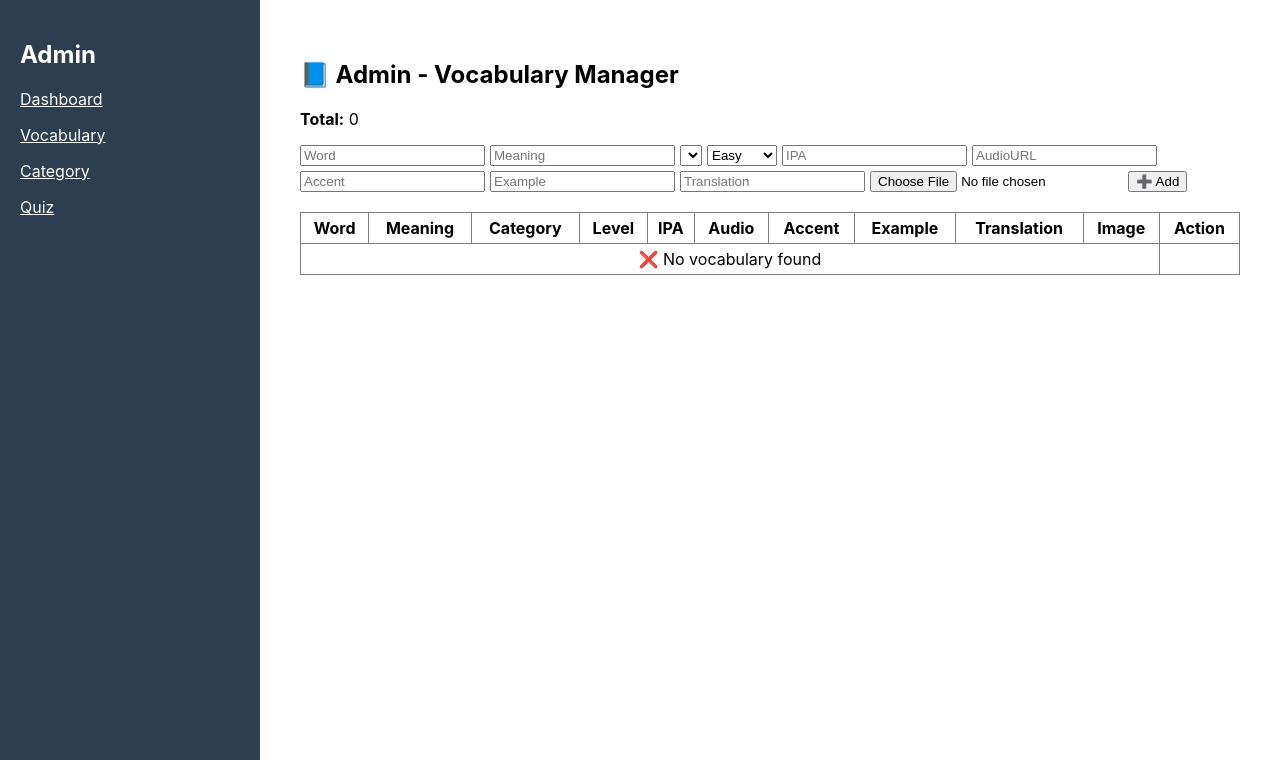
Repository: Vu-Tien-Duc/LearnEnglish-with-API
Page: /admin/vocabulary
The author's editor kept a copy of each file at every save. The page is drawn from the files as they stood at one save, then again after the next save.
The browser window is 1280 px wide. The pictures show the whole page.
The page's requests for data from a server got no answer. The project was rebuilt for these pictures with package versions that can differ from the ones it lists, and the page was loaded fresh each time. No one was signed in, and anything a server would have sent is missing. Also part of the build but not shown: src/pages/Login.jsx, src/pages/admin/CategoryManager.jsx, src/pages/admin/Dashboard.jsx.

Above is the page before, as saved 2026-03-22 18:44:02.

After the next save:
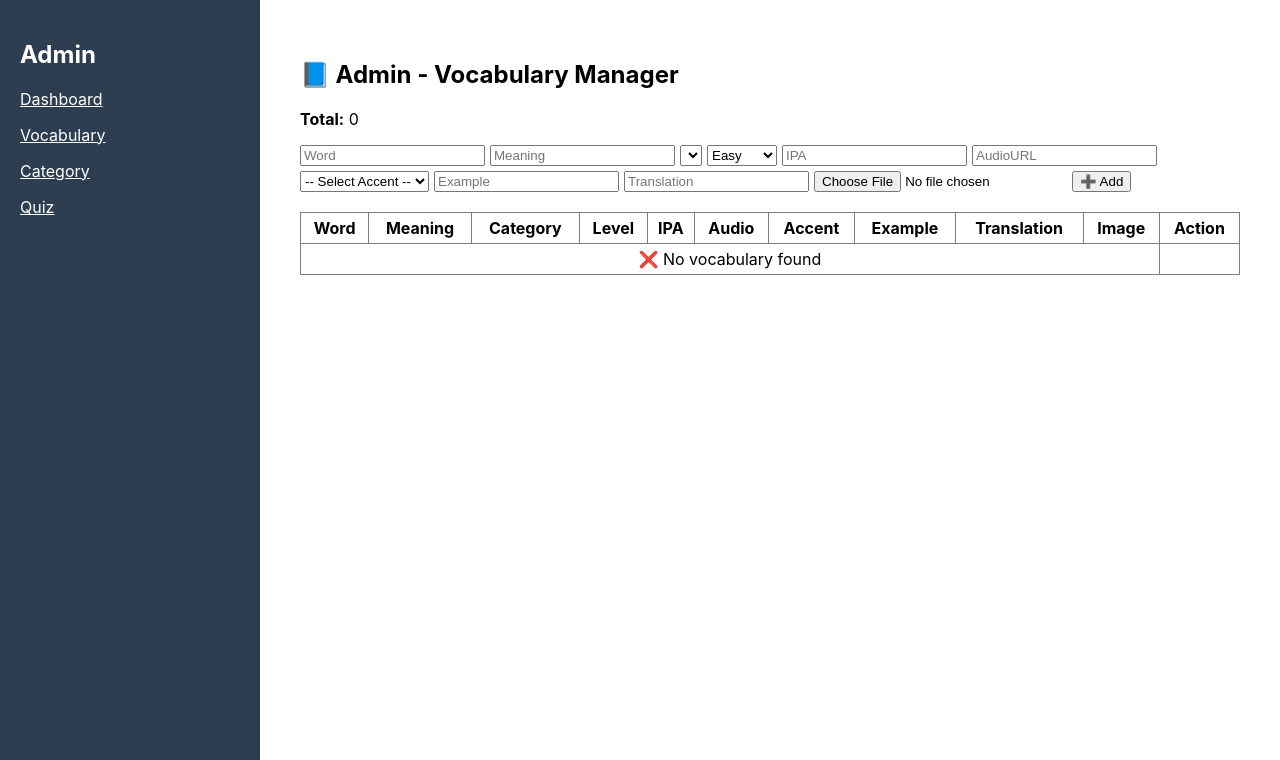
Saved 3 min 16 s later.
--- a/src/pages/admin/VocabularyManager.jsx
+++ b/src/pages/admin/VocabularyManager.jsx
@@ -185,11 +185,14 @@ function VocabularyManager() {
           onChange={(e) => setForm({ ...form, AudioURL: e.target.value })}
         />
 
-        <input
-          placeholder="Accent"
+       <select
           value={form.Accent}
           onChange={(e) => setForm({ ...form, Accent: e.target.value })}
-        />
+        >
+          <option value="">-- Select Accent --</option>
+          <option value="US">US</option>
+          <option value="UK">UK</option>
+        </select>
 
         <input
           placeholder="Example"
